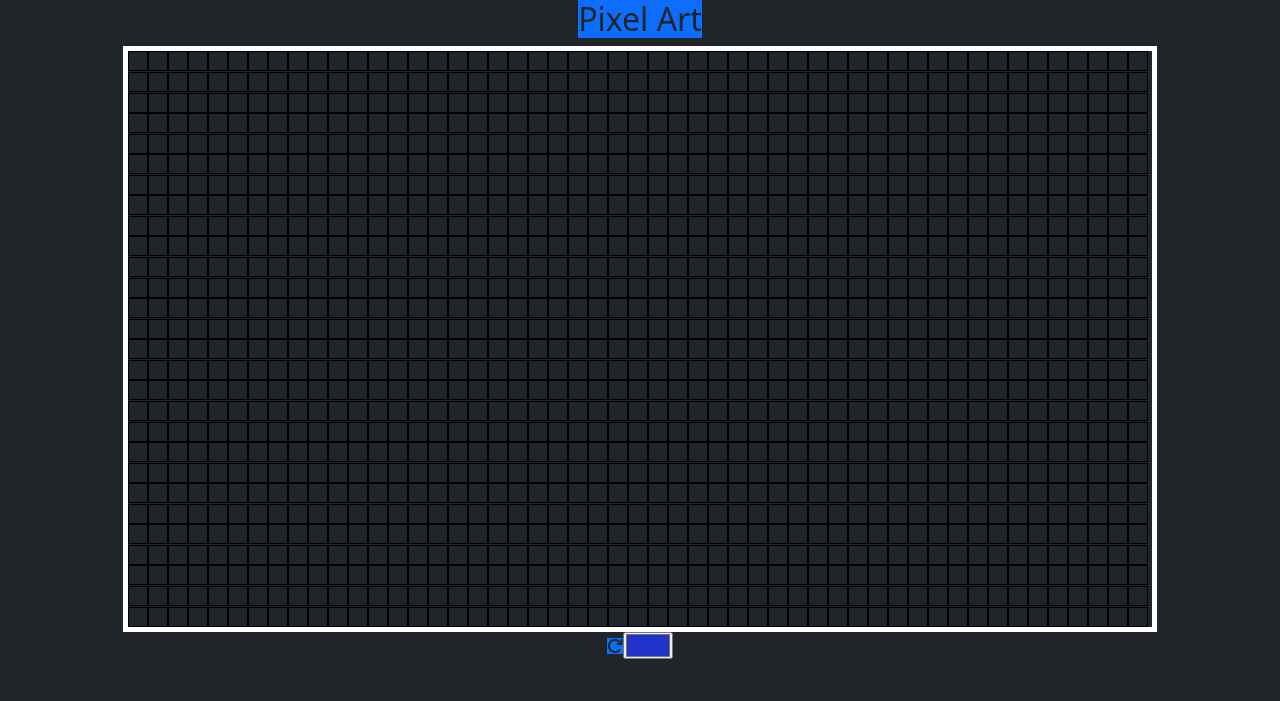
Repository: bechara611/pixelartdb
Page: /
An editor plug-in stored every save of this project. The page is shown before and after the next save, followed by the edit.
The browser window is 1280 px wide. The pictures show the whole page.
Some web libraries are served in a nearby version. The project was rebuilt for these pictures with package versions that can differ from the ones it lists, and the page was loaded fresh each time. Also part of the build but not shown: vite.config.js.

Above is the page before, as saved 2023-03-07 13:49:12.

### index.html
<!DOCTYPE html>
<html lang="en">
  <head>
    <meta charset="UTF-8" />
    <link rel="icon" type="image/svg+xml" href="/vite.svg" />
    <meta name="viewport" content="width=device-width, initial-scale=1.0" />
    <title>Vite + React</title>

    <link rel="stylesheet" href="https://cdnjs.cloudflare.com/ajax/libs/font-awesome/6.3.0/css/all.min.css">
  </head>
  <body>
    <div id="root"></div>
    <script type="module" src="/src/main.jsx"></script>
  </body>
</html>

### src/main.jsx
import React from 'react'
import ReactDOM from 'react-dom/client'
import App from './App'
import 'bootstrap/dist/css/bootstrap.min.css'
import 'bootstrap/dist/js/bootstrap.bundle.js'

ReactDOM.createRoot(document.getElementById('root')).render(

    <App />

)

### src/App.jsx

import { useEffect, useState } from 'react'
import './App.css'
import { SelectableGroup } from 'react-selectable-fast'
import { Pixel } from './Pixel'

const App = () => {
  const [pixels, setPixels] = useState([])
  const [isSelecting, setIsSelecting] = useState(false)
  const [startIndex, setStartIndex] = useState(null)
  const [colorActual, setcolorActual] = useState('#2233cc')

  useEffect(() => {
    let contenedor = document.getElementById('contenedor')
    let divsAloAlto = Math.floor(contenedor.offsetHeight / 20)
    let divsAlOancho = Math.floor(contenedor.offsetWidth / 20);
    //para saber cuantos divs necesita un contenedor multiplica el numero de divs a lo alto * el numero de divds a lo ancho
    setPixels(Array.from({ length: divsAloAlto * divsAlOancho }, () => { return { active: false, color: colorActual } }))

  }, [])

  const funcionArray = (index) => {
    let nuevoArray = [...pixels]
    nuevoArray[index] = { active: true, color: colorActual }
    setPixels(nuevoArray)
  }

  useEffect(() => {
    //console.log({ pixels })
  }, [pixels])

  const onMouseDown = (index) => {
    setIsSelecting(true);
    setStartIndex(index)
    // console.log('onMouseDown')
  }


  const onMouseOver2 = (index) => {
    if (isSelecting) {
      const pixelsupdated = [...pixels]
      pixelsupdated[index] = { ...pixelsupdated[index], active: true, color: colorActual }

      setPixels(pixelsupdated)

    }
    // console.log('onMouseOver')
  }
  const onMouseUp2 = (index) => {
    setIsSelecting(false)

  }
  return (
    <>
      <div className="bg-dark fondo">
        <div className="col-12 contenedor-05 ">
          <div className="contenedor-mayor header">
            <h2 className='bg-primary'>Pixel Art</h2>

          </div>
        </div>
        <div className="contenedor-mayor ">
          <div className="contorno">
            <div className="contenedor " id='contenedor'>

              {

                pixels.map((a, index) => {
                  return <Pixel key={index}
                    color={a.color}
                    active={a.active}
                    funcion={() => funcionArray(index)}
                    onMouseDown={() => { onMouseDown(index) }}
                    onMouseUp={() => { onMouseUp2(index) }}
                    onMouseOver={() => { onMouseOver2(index) }}
                  ></Pixel>
                })

              }

            </div>
          </div>
        </div>
        <div className="col-12 contenedor-06 ">
          <div className="contenedor-mayor header">
          <i className="fa-solid fa-arrow-rotate-right bg-primary icono"></i>
            <input type="color" value={colorActual}  onChange={(e) => { setcolorActual(e.target.value) }} />
          </div>
        </div>
      </div>
    </>
  )
}

export default App

### src/App.css
.fondo{
  height: 100vh;

}

.contorno{
  border: 5px solid white;
}

.contenedor-mayor{
  display: flex;
  flex-direction: row;
  justify-content: center;
  justify-self: center;
  align-items: center;

}
.contenedor-mayor2{
  width: 80vw;
  align-self: center;
  display: flex;
  flex-direction: row;
  justify-content: space-between;
}

.contenedor-05{
  display: flex;
  flex-direction: row;
  justify-content: center;
}

.pixel {
  width: 20px;
  height: 20px;
  border: 1px solid rgb(0, 0, 0);

  box-sizing: border-box;

}

.active {
background: transparent;
}

.contenedor {

  display: flex;
  flex-direction: row;
  flex-wrap: wrap;
  width: 80vw;
  height: 80vh;
  max-width: 80vw;
  max-height: 80vh;



}

### src/Pixel.jsx
import React, { useState } from 'react'
import './App.css'
import {selectableGroup, createSelectable} from 'react-selectable-fast'
export const Pixel = (props) => {
    const [isActive, setisActive] = useState(false)
  return (

 <div className={`pixel ${props.active ? 'active' : ''}`} style={{ background:props.active ? props.color : ''}}
 onClick={()=>{
    setisActive(!isActive)
    props.funcion();
}}
onMouseDown={()=>{props.onMouseDown()}}
onMouseUp={()=>{props.onMouseUp()}}
onTouchEnd={()=>{props.onMouseUp()}}
onMouseOver={()=>{props.onMouseOver()}}
onTouchStart={()=>{{
    props.onMouseDown()
    props.onMouseOver()}}}
 >

 </div>
  )
}

After the next save:
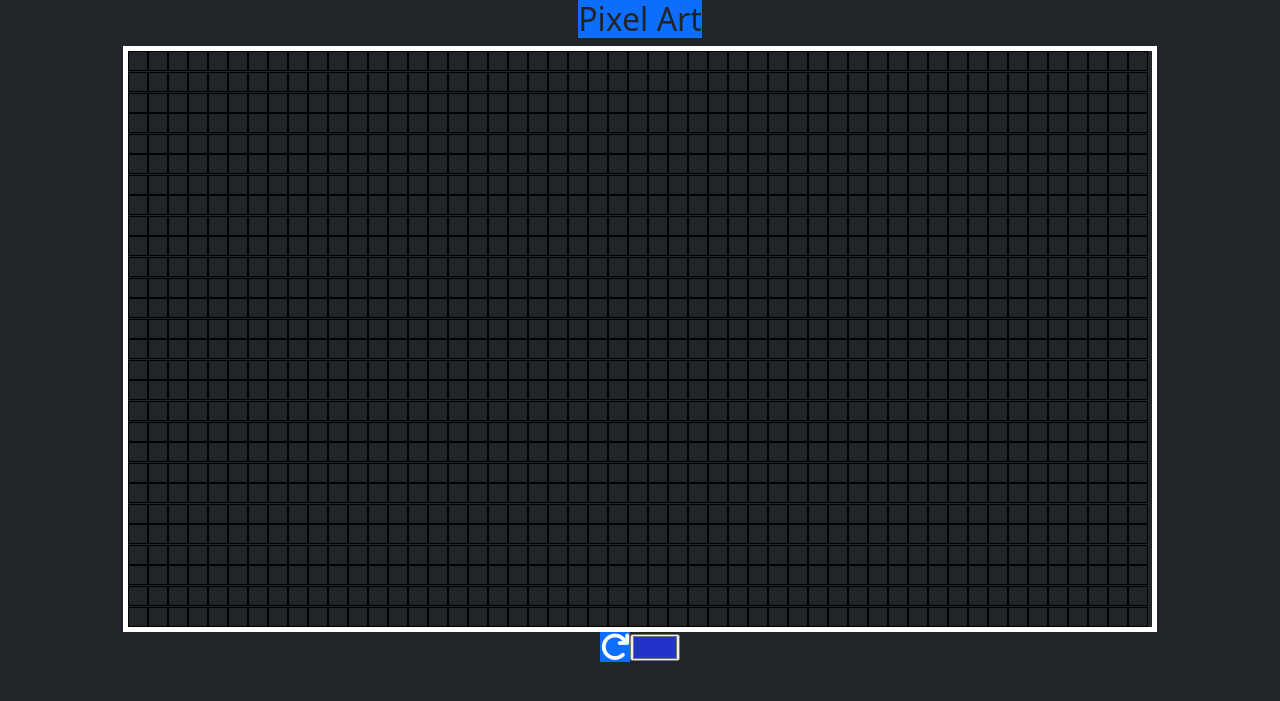
Saved 18 s later.
--- a/src/App.css
+++ b/src/App.css
@@ -51,7 +51,8 @@ background: transparent;
   height: 80vh;
   max-width: 80vw;
   max-height: 80vh;
-
-
-
 }
+.icono{
+  font-size: 30px;
+  color: white;
+}
